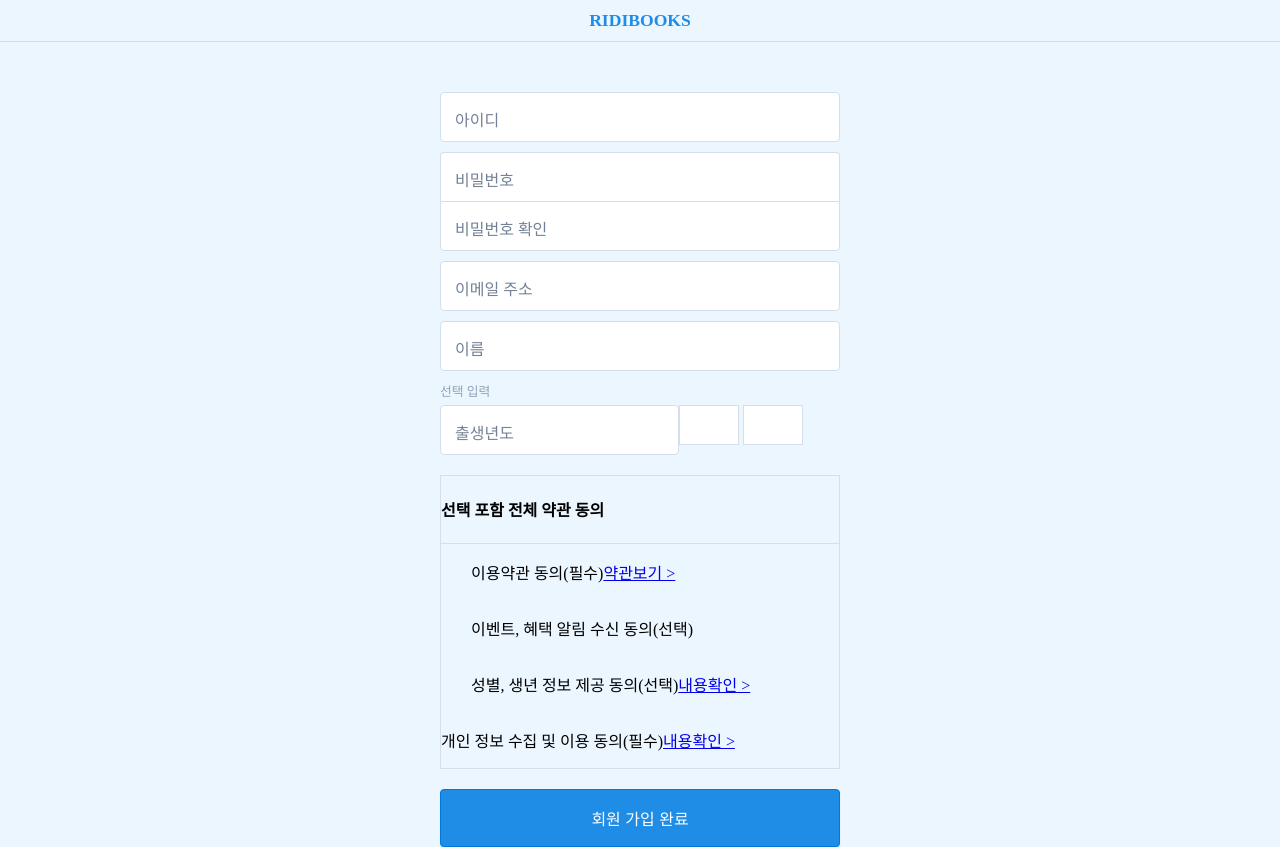
Repository: mega-teamproject/teamproject1
Page: html/join2.html
An editor plug-in stored every save of this project. The page is shown before and after the next save, followed by the edit.
The browser window is 1280 px wide. The pictures show the whole page.

Above is the page before, as saved 2021-12-30 00:30:10.

After the next save:
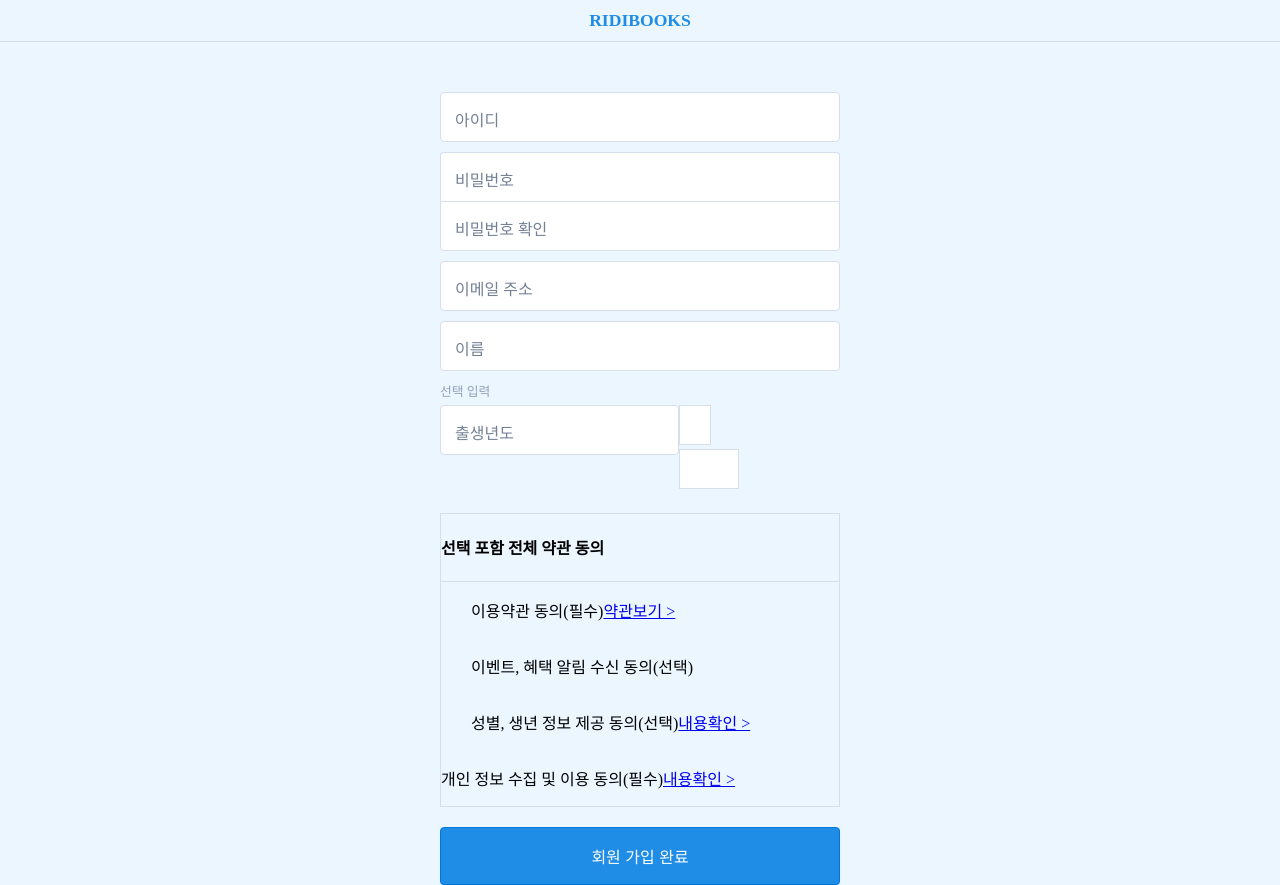
Saved 18 s later.
--- a/css/join2.css
+++ b/css/join2.css
@@ -114,7 +114,7 @@
 
 input[id="male_box"] + label {
   display: inline-block;
-  width: 60px;
+  width: 48%;
   height: 40px;
   border: 1px solid #d6deeb;
   background-color: white;

After the save that followed:
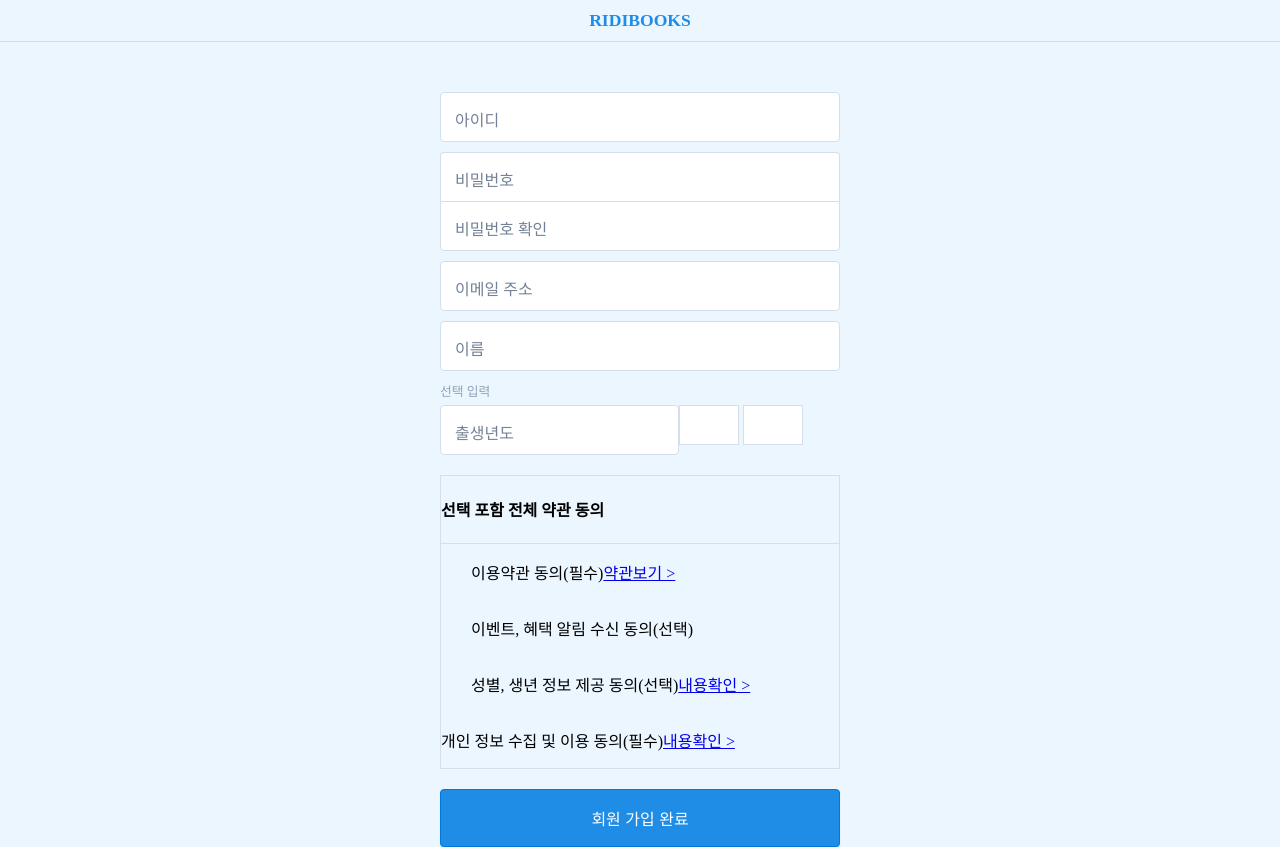
Saved 5 s later.
--- a/css/join2.css
+++ b/css/join2.css
@@ -114,7 +114,7 @@
 
 input[id="male_box"] + label {
   display: inline-block;
-  width: 48%;
+  width: 60px;
   height: 40px;
   border: 1px solid #d6deeb;
   background-color: white;
